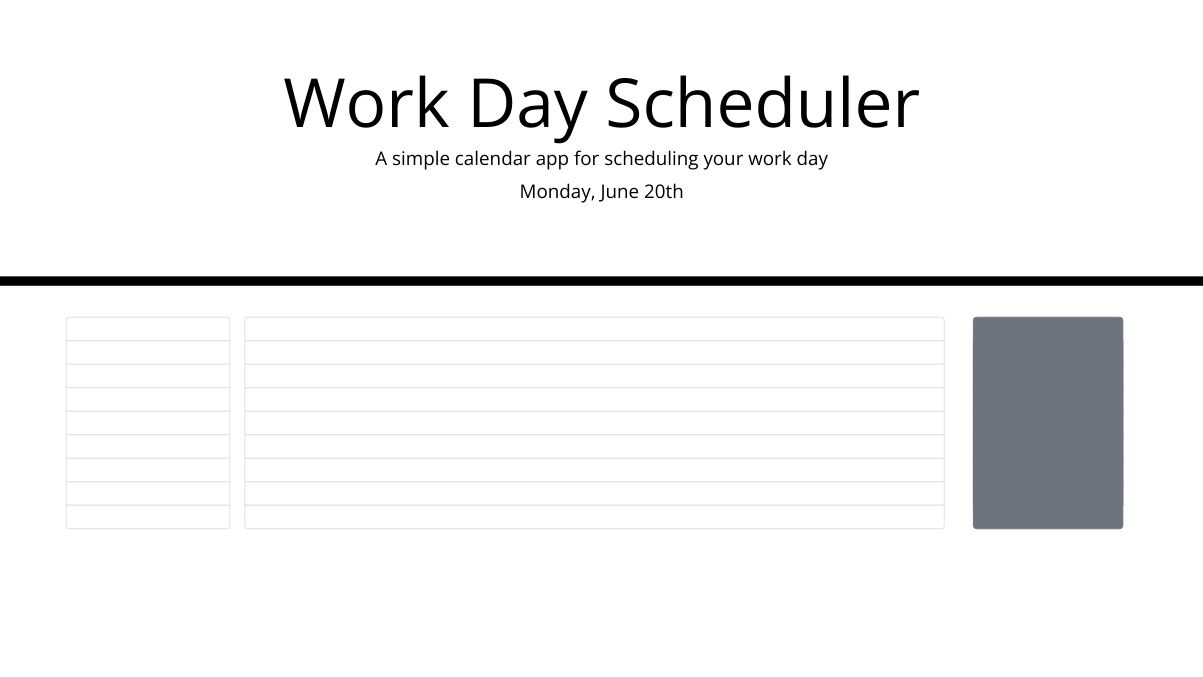
Repository: dtierney21/work-day-scheduler
Page: index.html
An editor plug-in stored every save of this project. The page is shown before and after the next save, followed by the edit.
The browser window is 1280 px wide. The pictures show the whole page, at 94% of full size.
Some web libraries are served in a nearby version.

Above is the page before, as saved 2022-06-28 12:06:02.

### index.html
<!DOCTYPE html>
<html lang="en">
  <head>
    <meta charset="UTF-8" />
    <meta name="viewport" content="width=device-width, initial-scale=1.0" />
    <meta http-equiv="X-UA-Compatible" content="ie=edge" />
    <link
      rel="stylesheet"
      href="https://stackpath.bootstrapcdn.com/bootstrap/4.3.1/css/bootstrap.min.css"
    />
    <link
      rel="stylesheet"
      href="https://use.fontawesome.com/releases/v5.8.1/css/all.css"
      integrity="sha384-50oBUHEmvpQ+1lW4y57PTFmhCaXp0ML5d60M1M7uH2+nqUivzIebhndOJK28anvf"
      crossorigin="anonymous"
    />
    <link
      href="https://fonts.googleapis.com/css?family=Open+Sans&display=swap"
      rel="stylesheet"
    />
    <link rel="stylesheet" href="./assets/css/style.css" />
    <title>Work Day Scheduler</title>
  </head>

  <body>
    <header class="jumbotron">
      <h1 class="display-3">Work Day Scheduler</h1>
      <p class="lead">A simple calendar app for scheduling your work day</p>
      <p id="currentDay" class="lead"></p>
    </header>
    <section class="container">
        <div class="row">
      <!-- Timeblocks go here -->
            <ul class="list-group col-2">
                <li class="list-group-item"></li>
                <li class="list-group-item"></li>
                <li class="list-group-item"></li>
                <li class="list-group-item"></li>
                <li class="list-group-item"></li>
                <li class="list-group-item"></li>
                <li class="list-group-item"></li>
                <li class="list-group-item"></li>
                <li class="list-group-item"></li>
            </ul>
            <ul class="list-group col-8">
                <li class="list-group-item"></li>
                <li class="list-group-item"></li>
                <li class="list-group-item"></li>
                <li class="list-group-item"></li>
                <li class="list-group-item"></li>
                <li class="list-group-item"></li>
                <li class="list-group-item"></li>
                <li class="list-group-item"></li>
                <li class="list-group-item"></li>
            </ul>
            <div class="btn-group-vertical col-2">
                <button type="button" class="btn btn-secondary"></button>
                <button type="button" class="btn btn-secondary"></button>
                <button type="button" class="btn btn-secondary"></button>
                <button type="button" class="btn btn-secondary"></button>
                <button type="button" class="btn btn-secondary"></button>
                <button type="button" class="btn btn-secondary"></button>
                <button type="button" class="btn btn-secondary"></button>
                <button type="button" class="btn btn-secondary"></button>
                <button type="button" class="btn btn-secondary"></button>
            </div>
        </div>
    </section>

    <script src="https://cdnjs.cloudflare.com/ajax/libs/jquery/3.5.1/jquery.min.js"></script>
    <script src="https://cdnjs.cloudflare.com/ajax/libs/moment.js/2.24.0/moment.min.js"></script>
    <script src="./assets/js/script.js"></script>
  </body>
</html>

### assets/css/style.css
body {
  font-family: 'Open Sans', sans-serif;
  font-size: 16px;
  line-height: 1;
}

textarea {
  background: transparent;
  border: none;
  resize: none;
  color: #000000;
  border-left: 1px solid black;
  padding: 10px;
}

.jumbotron {
  text-align: center;
  background-color: transparent;
  color: black;
  border-radius: 0;
  border-bottom: 10px solid black;
}

.description {
  white-space: pre-wrap;
}

.time-block {
  text-align: center;
  border-radius: 15px;
}

.row {
  white-space: pre-wrap;
  height: 80px;
  border-top: 1px solid white;
}

.hour {
  background-color: #ffffff;
  color: #000000;
  border-top: 1px dashed #000000;
}

.past {
  background-color: #d3d3d3;
  color: white;
}

.present {
  background-color: #ff6961;
  color: white;
}

.future {
  background-color: #77dd77;
  color: white;
}

.saveBtn {
  border-left: 1px solid black;
  border-top-right-radius: 15px;
  border-bottom-right-radius: 15px;
  background-color: #06aed5;
  color: white;
}

.saveBtn i:hover {
  font-size: 20px;
  transition: all 0.3s ease-in-out;
}

### assets/js/script.js
var now = moment();
console.log(now);

var currentDayEl = $('#currentDay');
var today = moment().format('dddd, MMMM Do');


currentDayEl.text(today);

After the next save:
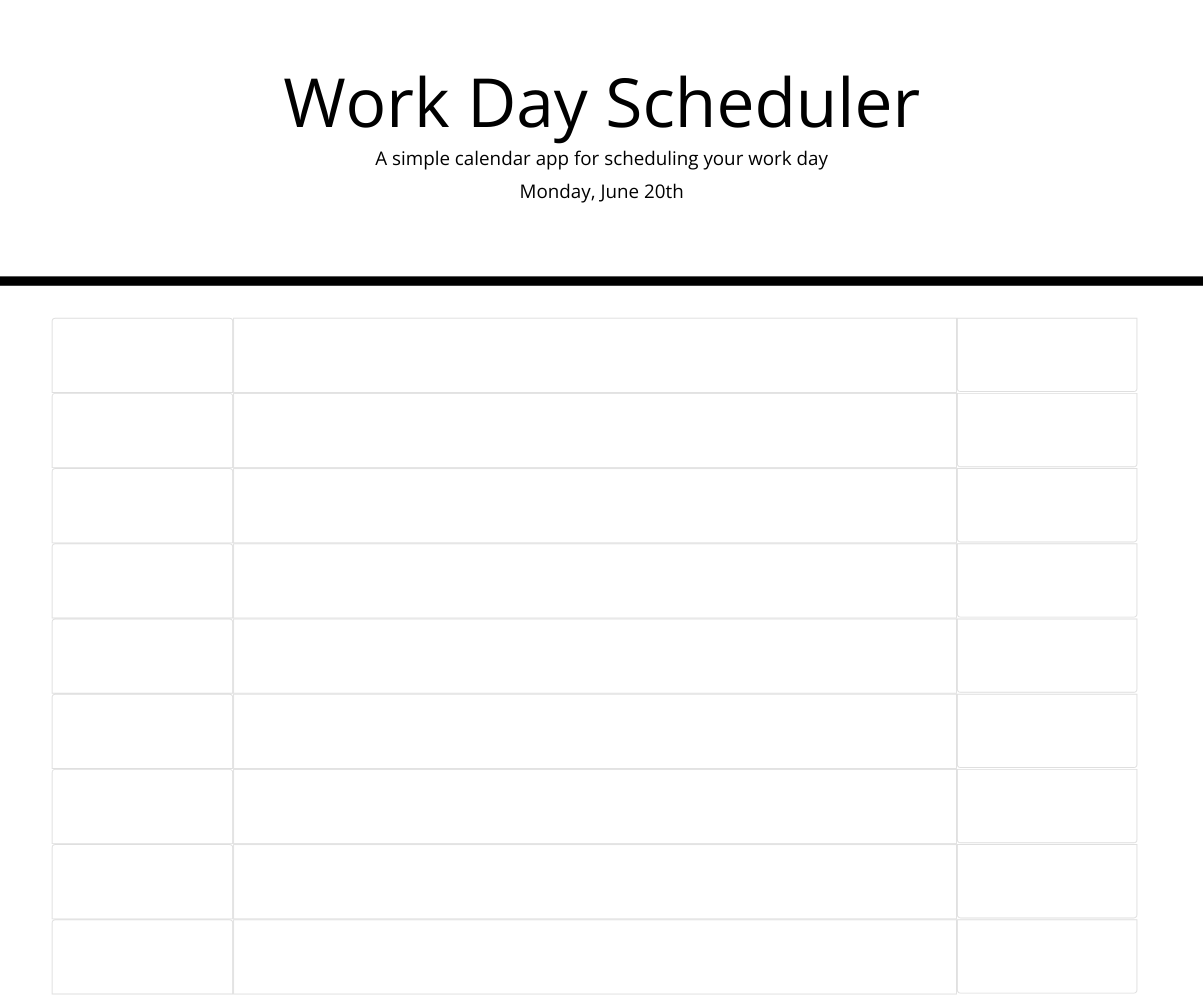
Saved 5 min 7 s later.
--- a/index.html
+++ b/index.html
@@ -31,39 +31,53 @@
     <section class="container">
         <div class="row">
       <!-- Timeblocks go here -->
-            <ul class="list-group col-2">
-                <li class="list-group-item"></li>
-                <li class="list-group-item"></li>
-                <li class="list-group-item"></li>
-                <li class="list-group-item"></li>
-                <li class="list-group-item"></li>
-                <li class="list-group-item"></li>
-                <li class="list-group-item"></li>
-                <li class="list-group-item"></li>
-                <li class="list-group-item"></li>
+            <ul class="list-group col-12">
+                <div class="row">
+                    <li class="list-group-item col-2"></li>
+                    <li class="list-group-item col-8"></li>
+                    <li class="list-group-item col-2"></li>
+                </div>
+                <div class="row">
+                    <li class="list-group-item col-2"></li>
+                    <li class="list-group-item col-8"></li>
+                    <li class="list-group-item col-2"></li>
+                </div>
+                <div class="row">
+                    <li class="list-group-item col-2"></li>
+                    <li class="list-group-item col-8"></li>
+                    <li class="list-group-item col-2"></li>
+                </div>
+                <div class="row">
+                    <li class="list-group-item col-2"></li>
+                    <li class="list-group-item col-8"></li>
+                    <li class="list-group-item col-2"></li>
+                </div>
+                <div class="row">
+                    <li class="list-group-item col-2"></li>
+                    <li class="list-group-item col-8"></li>
+                    <li class="list-group-item col-2"></li>
+                </div>
+                <div class="row">
+                    <li class="list-group-item col-2"></li>
+                    <li class="list-group-item col-8"></li>
+                    <li class="list-group-item col-2"></li>
+                </div>
+                <div class="row">
+                    <li class="list-group-item col-2"></li>
+                    <li class="list-group-item col-8"></li>
+                    <li class="list-group-item col-2"></li>
+                </div>
+                <div class="row">
+                    <li class="list-group-item col-2"></li>
+                    <li class="list-group-item col-8"></li>
+                    <li class="list-group-item col-2"></li>
+                </div>
+                <div class="row">
+                    <li class="list-group-item col-2"></li>
+                    <li class="list-group-item col-8"></li>
+                    <li class="list-group-item col-2"></li>
+                </div>
             </ul>
-            <ul class="list-group col-8">
-                <li class="list-group-item"></li>
-                <li class="list-group-item"></li>
-                <li class="list-group-item"></li>
-                <li class="list-group-item"></li>
-                <li class="list-group-item"></li>
-                <li class="list-group-item"></li>
-                <li class="list-group-item"></li>
-                <li class="list-group-item"></li>
-                <li class="list-group-item"></li>
-            </ul>
-            <div class="btn-group-vertical col-2">
-                <button type="button" class="btn btn-secondary"></button>
-                <button type="button" class="btn btn-secondary"></button>
-                <button type="button" class="btn btn-secondary"></button>
-                <button type="button" class="btn btn-secondary"></button>
-                <button type="button" class="btn btn-secondary"></button>
-                <button type="button" class="btn btn-secondary"></button>
-                <button type="button" class="btn btn-secondary"></button>
-                <button type="button" class="btn btn-secondary"></button>
-                <button type="button" class="btn btn-secondary"></button>
-            </div>
         </div>
     </section>
 
